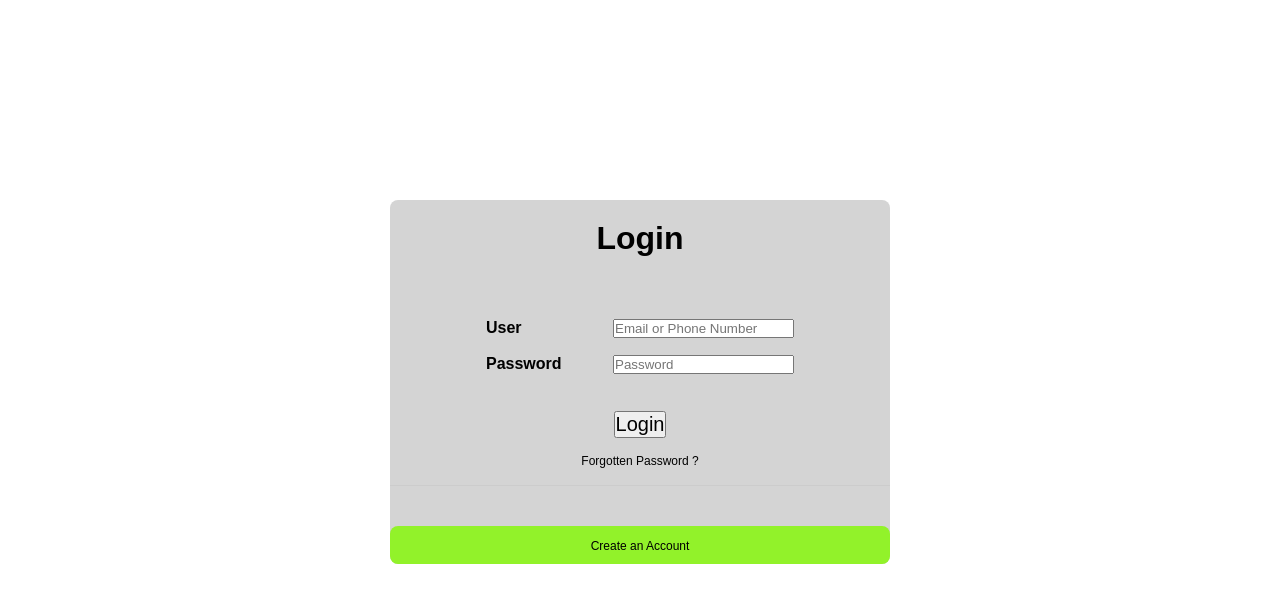
Repository: Naohonproject/web101x02_asm1
Page: login.html
The author's editor kept a copy of each file at every save. The page is drawn from the files as they stood at one save, then again after a run of saves.
The browser window is 1280 px wide. The pictures show the whole page.

Above is the page before, as saved 2022-01-16 00:04:13.

### login.html
<!-- @format -->

<!DOCTYPE html>
<html lang="en">
	<head>
		<meta charset="UTF-8" />
		<meta http-equiv="X-UA-Compatible" content="IE=edge" />
		<meta name="viewport" content="width=device-width, initial-scale=1.0" />

		<link rel="stylesheet" href="./assets/css/style.css" />
		<link rel="stylesheet" href="./assets/css/responsive.css" />
		<title>login</title>
	</head>
	<body>
		<div class="conteiner">
			<form class="form" id="form-login" action="" method="">
				<div class="form-wrapper">
					<div class="logo">
						<h1>Login</h1>
					</div>
					<div class="input">
						<div class="user-input">
							<label for="user-id"><strong>User</strong></label>
							<input
								type="text"
								id="user-id"
								required
								placeholder="Email or Phone Number"
							/>
						</div>

						<div class="user-input">
							<label for="user-pass"><strong>Password</strong></label>
							<input
								type="text"
								id="user-pass"
								required
								placeholder="Password"
							/>
						</div>
						<div class="clear"></div>
					</div>
					<div class="btn-block">
						<div class="btn">
							<button type="button">Login</button>
						</div>

						<div class="forgotten">
							<a href="">Forgotten Password ?</a>
						</div>
						<div class="Create-acc">
							<a href="Signup.html" target="_blank">Create an Account</a>
						</div>
					</div>
				</div>
			</form>
		</div>
	</body>
</html>

### assets/css/style.css
/** @format */

/* common */

/* reset css */
* {
	box-sizing: border-box;
	padding: 0;
	margin: 0;
	text-decoration: none;
	color: #000;
}

/* row style */

/* collumn style */

/* Set text lineweight to Bold */
.bold-text {
	font-weight: 640;
}
.white-text {
	color: #fff !important;
}

.pull-left {
	float: left !important;
}

.pull-right {
	float: right !important;
}

.box-padding {
	padding: 40px 56px 30px;
}

.clear {
	clear: both;
}

/* specific */

html {
	font-family: Arial, Helvetica, sans-serif;
}

body {
	padding: 0 32px;
}
/* start styling header */
#header {
	height: 56px;
	width: 100%;
	background-color: #fff;
	background-clip: border-box;
	color: #000;
	font-size: 16px;
	text-transform: uppercase;
	font-weight: 500;
	position: fixed;
	top: 0;
	left: 0;
	z-index: 1;
	padding: 0 32px;
}

.header-wrapper {
	height: 100%;
	padding: 0 64px;
}

#header li:hover {
	background-color: #282830;
	cursor: pointer;
}
#header li:hover a {
	color: #fff;
}

#header li {
	display: inline-block;
	margin-left: 16px;
	line-height: 56px;
	padding: 0 16px;
}
/* end styling header */

/* start styling banner */
#banner {
	width: 100%;
	margin-top: 56px;
	padding-top: 39.123607%;
	background: url(../img/banner/banner.png) top center / cover no-repeat;
	background-origin: border-box;
	position: relative;
	top: 0;
	left: 0;
}

.banner-text-content {
	position: absolute;
	top: 160px;
	left: 56px;
}

#banner .content-heading,
.content-desc {
	font-family: "Times New Roman", Times, serif;
}

#banner .content-heading {
	font-size: 28px;
}

#banner .content-desc {
	font-size: 24px;
}
/* end styling banner */

/* start styling content */
#content {
	background-color: #e7e7e7;
	width: 100%;
	background-clip: border-box;
}

#content .content-heading h2,
p {
	padding: 4px 0;
}

#content .content-heading {
	margin-bottom: 20px;
}
#content img {
	display: block;
	width: 100%;
}

#content .image-block {
	float: left;
	width: calc(100% / 3);
	padding: 0 16px;
}

#content .content-images-table {
	margin-left: -16px;
	margin-right: -16px;
}

.image-block .first-img {
	margin-bottom: 40px;
}
/* end styling content */

/* start styling footer */
#footer {
	background-color: #ccc;
}

#footer .footer-block {
	float: left;
	max-width: calc(100% / 3);
	padding: 0 16px;
}

#footer .footer-wrapper {
	padding-bottom: 56px;
}

#footer h3,
p,
a {
	padding: 12px 0px;
}

#footer p {
	line-height: 24px;
}
#footer a {
	color: #1dabb8;
}
/* end styling footer */

/* start styling login.html */

.container {
	background-color: #f0f2f5;
}
.form-wrapper {
	width: 500px;
	margin: 0 auto;
	text-align: center;
	position: relative;
	top: 200px;
	background-color: #d4d4d4;
	border-radius: 8px;
}

.form .logo {
	padding: 20px 40px;
	margin-bottom: 16px;
}
.form .input {
	padding: 8px 24px;
	margin-bottom: 24px;
}

.form .user-input {
	padding: 18px 72px;
}

.form .user-input label {
	display: inline-block;
	float: left;
}

.form .user-input input {
	display: inline-block;
	float: right;
}

.btn-block .btn {
	padding: 5px 0;
	margin-bottom: 8px;
}

.btn-block .btn button {
	font-size: 20px;
}

.btn-block a {
	font-size: 12px;
}

.btn-block .forgotten {
	margin-bottom: 40px;
	border-bottom: 1px solid #ccc;
	padding-bottom: 16px;
}

.btn-block .Create-acc {
	background-color: #92f22a;
	background-clip: padding-box;
	padding: 10px 56px;
	border-radius: 8px;
}
.clear {
	clear: both;
}

Loaded but not shown: assets/css/responsive.css (no stored copy; drawn as an empty file)

After the next 2 saves:
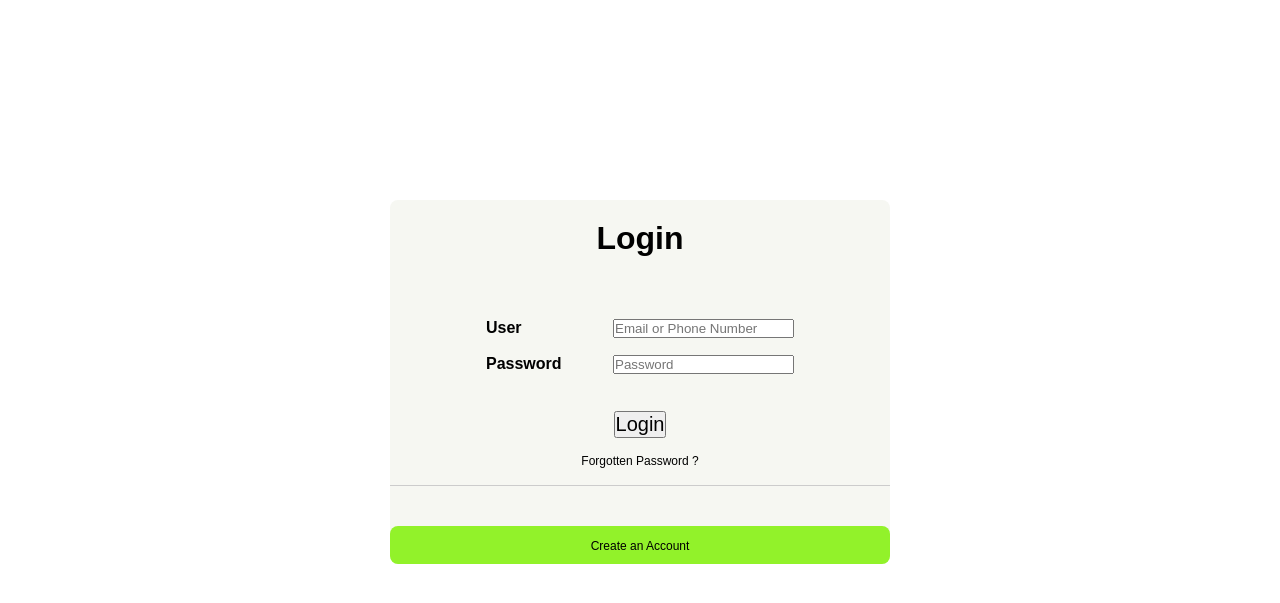
The 2 saves are shown as one change because they came seconds apart.
The last was saved 20 s later.
--- a/assets/css/style.css
+++ b/assets/css/style.css
@@ -194,7 +194,7 @@ a {
 	text-align: center;
 	position: relative;
 	top: 200px;
-	background-color: #d4d4d4;
+	background-color: #f6f7f2;
 	border-radius: 8px;
 }
 
